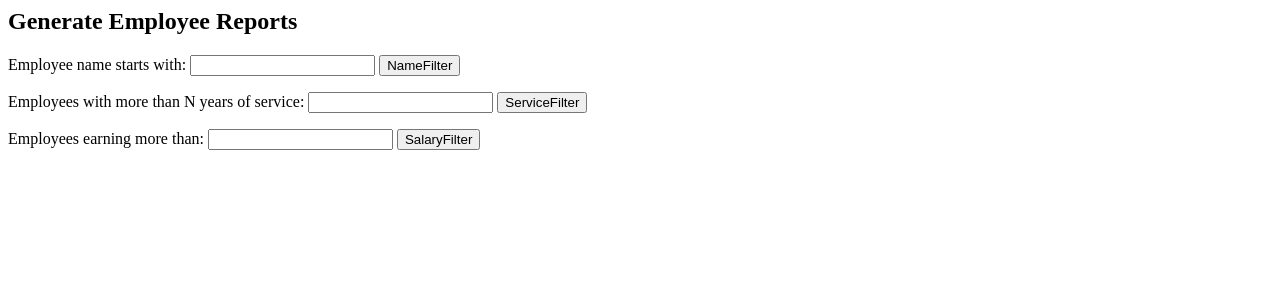
Repository: sweekrithishetty28/Employee_Salary_Management
Page: http://localhost/EmployeeWebApp/report_form.jsp
An editor plug-in stored every save of this project. The page is shown before and after the next save, followed by the edit.
The browser window is 1280 px wide. The pictures show the whole page.
The page is served by Tomcat 9.

Above is the page before, as saved 2025-05-25 11:41:31.

After the next save:
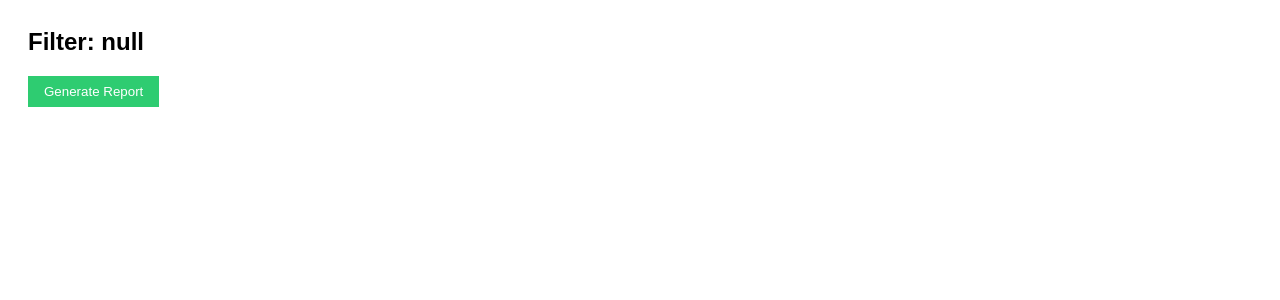
Saved 10 s later.
--- a/Employee Salary Mangement/EmployeeWebApp/src/main/webapp/report_form.jsp
+++ b/Employee Salary Mangement/EmployeeWebApp/src/main/webapp/report_form.jsp
@@ -1,30 +1,38 @@
 <%@ page contentType="text/html;charset=UTF-8" language="java" %>
+<%
+    String action = request.getParameter("action");
+%>
 <html>
 <head>
-    <title>Employee Reports</title>
+    <title>Report Filter Form</title>
+    <style>
+        body { font-family: Arial; padding: 20px; }
+        form { margin-top: 20px; }
+        label, input { display: block; margin-bottom: 10px; }
+        input[type="submit"] {
+            background-color: #2ecc71;
+            border: none;
+            padding: 8px 16px;
+            color: white;
+            cursor: pointer;
+        }
+    </style>
 </head>
 <body>
-    <h2>Generate Employee Reports</h2>
-
-    <!-- Name starts with -->
+    <h2>Filter: <%= action %></h2>
     <form action="ReportServlet" method="get">
-        <label>Employee name starts with:</label>
-        <input type="text" name="startsWith" maxlength="1" required />
-        <input type="submit" name="action" value="NameFilter" />
-    </form>
-
-    <!-- Years of service -->
-    <form action="ReportServlet" method="get">
-        <label>Employees with more than N years of service:</label>
-        <input type="number" name="years" min="1" required />
-        <input type="submit" name="action" value="ServiceFilter" />
-    </form>
-
-    <!-- Salary more than -->
-    <form action="ReportServlet" method="get">
-        <label>Employees earning more than:</label>
-        <input type="number" name="salary" step="0.01" min="0" required />
-        <input type="submit" name="action" value="SalaryFilter" />
+        <input type="hidden" name="action" value="<%= action %>"/>
+        <% if ("NameFilter".equals(action)) { %>
+            <label>Enter Starting Letter:</label>
+            <input type="text" name="startsWith" required/>
+        <% } else if ("ServiceFilter".equals(action)) { %>
+            <label>Enter Minimum Years of Service:</label>
+            <input type="number" name="years" required min="0"/>
+        <% } else if ("SalaryFilter".equals(action)) { %>
+            <label>Enter Minimum Salary:</label>
+            <input type="number" name="salary" required step="0.01"/>
+        <% } %>
+        <input type="submit" value="Generate Report"/>
     </form>
 </body>
 </html>
